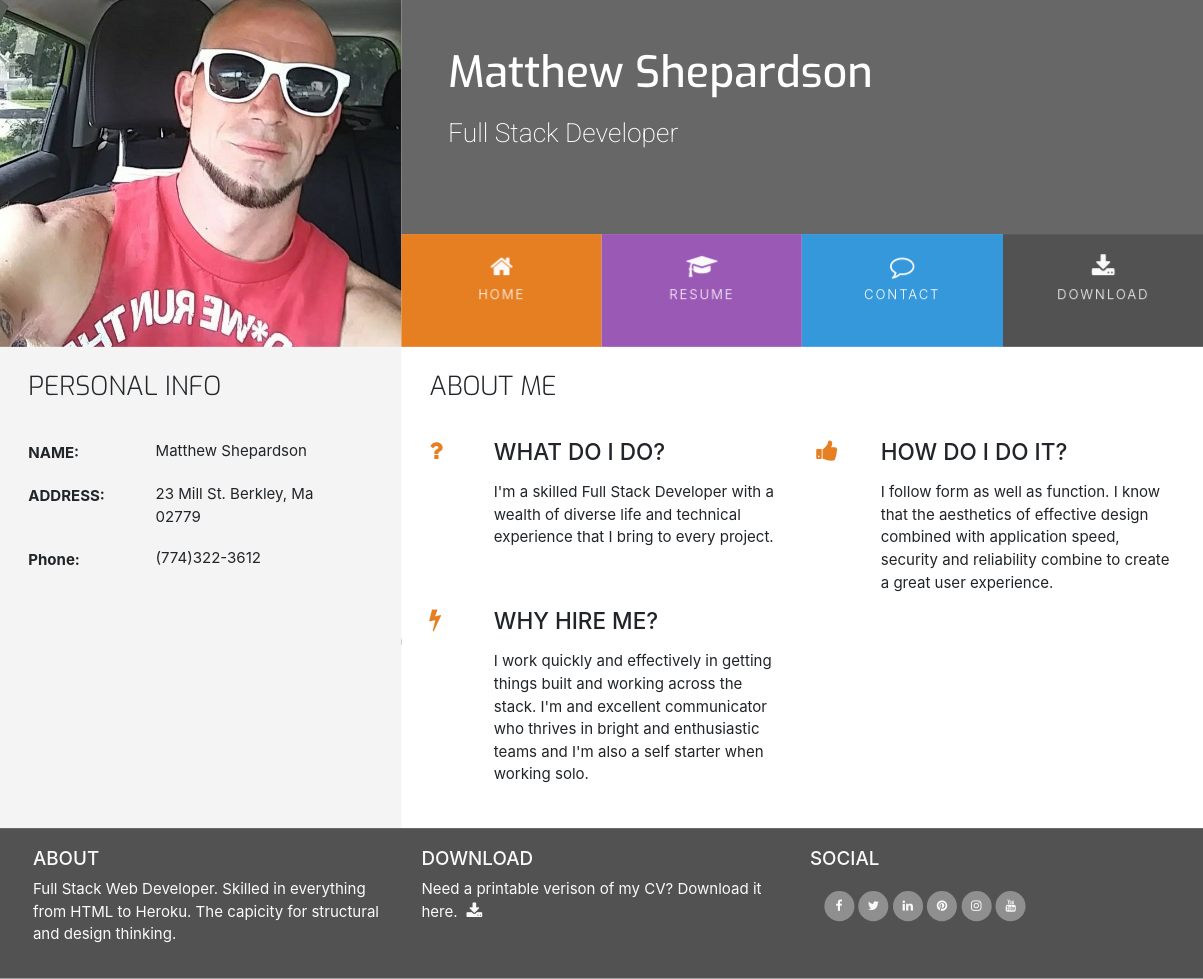
Repository: mshep6517/resume-project
Page: index.html
The author's editor kept a record of every edit. The page is drawn from the files as they stood at one moment, then again after the next edit.
The browser window is 1280 px wide. The pictures show the whole page, at 94% of full size.
Some web libraries are served in a nearby version.

Above is the page before.

After the next edit:
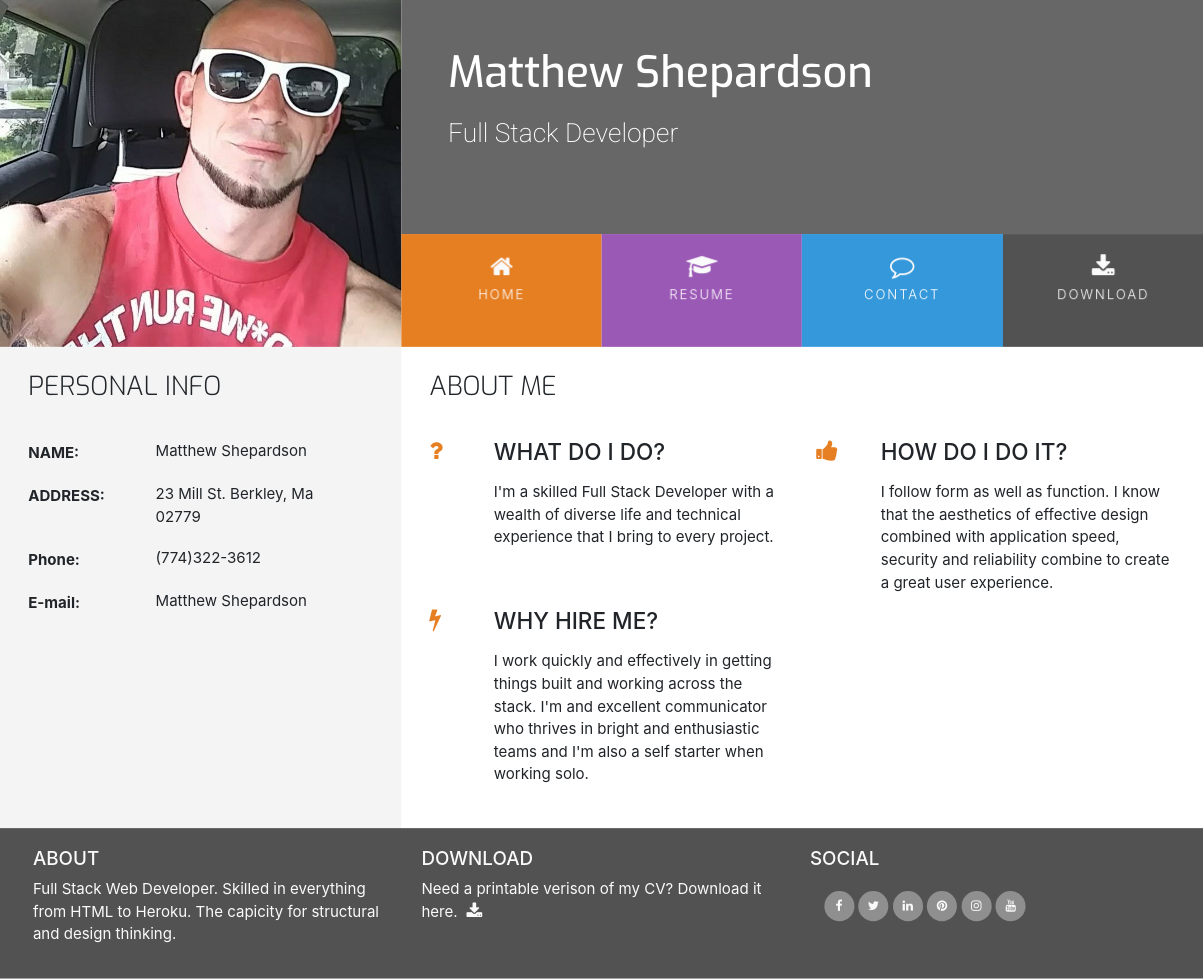
The edit:
--- a/index.html
+++ b/index.html
@@ -90,6 +90,18 @@
                         </p>
                     </div>
                 </div>
+                <div class="personal-info-item">
+                    <div class="key">
+                        <p c;ass="uppercase">
+                            E-mail:
+                        </p>
+                    </div>
+                    <div class="value">
+                        <p>
+                            Matthew Shepardson
+                        </p>
+                    </div>
+                </div>
             </div>
             <div class="col-md-8 bg-color-three-reasons section-column">
                 <div class="row">
